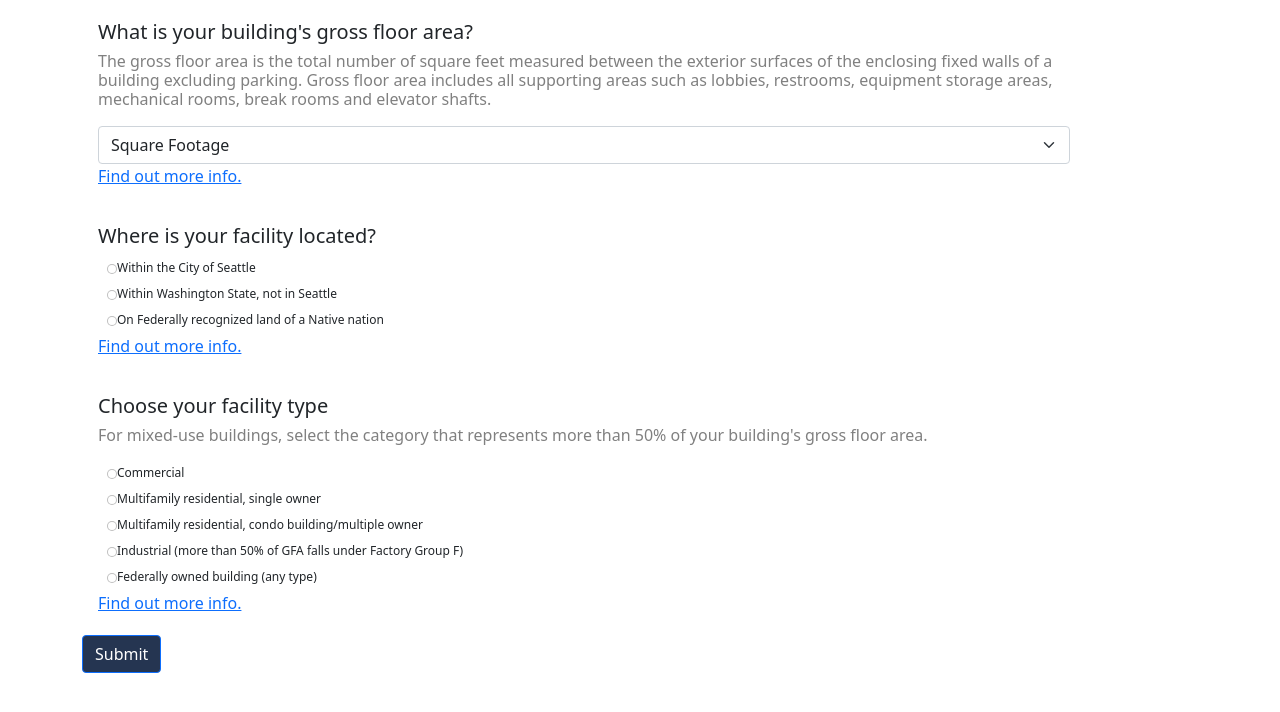
Repository: ChaidGPT/SershonSystemsQuiz
Page: index.html
The author's editor kept a copy of each file at every save. The page is drawn from the files as they stood at one save, then again after the next save.
The browser window is 1280 px wide. The pictures show the whole page.

Above is the page before, as saved 2023-07-08 09:18:47.

### index.html
<!DOCTYPE html>
<html>

<head>
	<meta charset="utf-8">
	<title>Quiz</title>
	<link rel="stylesheet" href="https://cdn.jsdelivr.net/npm/bootstrap@5.0.2/dist/css/bootstrap.min.css">
	<style>
	.card {
		width: 90%;
        border: none;
	}

	.card-column {
		display: flex;
		flex-direction: column;
		align-items: center;
		max-width: auto;
	}

    .btn {
        color: white;
        background-color: #253551;
    }

	.card-body p {
		font-size: 8;
		color: gray;
		line-height: 1.2;
	}

	.form-check-input[type="radio"] {
        font-size: 10px;
    }

    .form-check-label {
        font-size: 12px;
    }

	.form-check {
  display: flex;
  align-items: center;
}
	</style>
</head>

<body>
	<div class="container">
		<!-- Question 1 Card -->
		<div class="card mb-1 mt-1">
			<div class="card-body">
				<h5 class="card-title">What is your building's gross floor area?</h5>
				<p class="card-text">The gross floor area is the total number of square feet measured between the exterior surfaces of the enclosing fixed walls of a building excluding parking. Gross floor area includes all supporting areas such as lobbies, restrooms, equipment storage areas, mechanical rooms, break rooms and elevator shafts.</p>
				<div class="form-group">
					<select id="buildingSize" type="number" class="form-select">
						<option value="">Square Footage</option>
						<option value="under20k">less than 20k square feet</option>
						<option value="20kTo30k">20k - 30k square feet</option>
						<option value="30kTo50k">30k - 50k square feet</option>
						<option value="50kTo70k">50k - 70k square feet</option>
						<option value="70kTo90k">70k - 90k square feet</option>
						<option value="90kTo100k">90k - 100k square feet</option>
						<option value="100kTo200k">100k - 200k square feet</option>
						<option value="200kTo220k">200k - 220k square feet</option>
						<option value="over220k">over 220k square feet</option>
					</select>
				</div>
				<a href="" target="_blank">Find out more info.</a>
			</div>
		</div>
		<!-- Question 1 Card End -->

		<!-- Question 2 Card -->
		<div class="card mb-1">
			<div class="card-body">
				<h5 class="card-title">Where is your facility located?</h5>
				<div class="form-check">
					<input type="radio" id="seattle" name="buildingLocation" value="seattle" class="form-check-input">
					<label for="seattle" class="form-check-label">Within the City of Seattle</label>
				</div>
				<div class="form-check">
					<input type="radio" id="washington" name="buildingLocation" value="washington" class="form-check-input">
					<label for="washington" class="form-check-label">Within Washington State, not in Seattle</label>
				</div>
				<div class="form-check">
					<input type="radio" id="native" name="buildingLocation" value="native" class="form-check-input">
					<label for="native" class="form-check-label">On Federally recognized land of a Native nation</label>
				</div>
				<a href="" target="_blank">Find out more info.</a>
			</div>
		</div>
		<!-- Question 2 Card End -->

		<!-- Question 3 Card -->
		<div class="card mb-1">
			<div class="card-body">
				<h5 class="card-title">Choose your facility type</h5>
				<p class="card-text">For mixed-use buildings, select the category that represents more than 50% of your building's gross floor area.</p>
				<div class="form-group">
					<div class="form-check">
						<input type="radio" id="commercial" name="facilityType" value="commercial" class="form-check-input">
						<label for="commercial" class="form-check-label">Commercial</label>
					</div>
					<div class="form-check">
						<input type="radio" id="MFsingle" name="facilityType" value="MFsingle" class="form-check-input">
						<label for="MFsingle" class="form-check-label">Multifamily residential, single owner</label>
					</div>
					<div class="form-check">
						<input type="radio" id="MFmultiple" name="facilityType" value="MFmultiple" class="form-check-input">
						<label for="MFmultiple" class="form-check-label">Multifamily residential, condo building/multiple owner</label>
					</div>
					<div class="form-check">
						<input type="radio" id="industrial" name="facilityType" value="industrial" class="form-check-input">
						<label for="industrial" class="form-check-label">Industrial (more than 50% of GFA falls under Factory Group F)</label>
					</div>
					<div class="form-check">
						<input type="radio" id="federal" name="facilityType" value="federal" class="form-check-input">
						<label for="federal" class="form-check-label">Federally owned building (any type)</label>
					</div>
				</div>
				<a href="" target="_blank">Find out more info.</a>
			</div>
		</div>
		<!-- Question 3 Card End -->

		<button id="submitBtn" type="submit" class="btn btn-primary">Submit</button>
	</div>


	<script src="https://cdn.jsdelivr.net/npm/bootstrap@5.0.2/dist/js/bootstrap.bundle.min.js"></script>
	<script>

var messageTable = {
      'under20k-seattle-commercial': '9',
      'under20k-seattle-MFsingle': '9',
      'under20k-seattle-MFmultiple': '9',
      'under20k-seattle-industrial': '9',
      'under20k-seattle-federal': '9',
      'under20k-washington-commercial': '9',
      'under20k-washington-MFsingle': '9',
      'under20k-washington-MFmultiple': '9',
      'under20k-washington-industrial': '9',
      'under20k-washington-federal': '9',
      'under20k-native-commercial': '9',
      'under20k-native-MFsingle': '9',
      'under20k-native-MFmultiple': '9',
      'under20k-native-industrial': '9',
      'under20k-native-federal': '9',

      '20kTo30k-seattle-commercial': '8',
      '20kTo30k-seattle-MFsingle': '14',
      '20kTo30k-seattle-MFmultiple': '19',
      '20kTo30k-seattle-industrial': '9',
      '20kTo30k-seattle-federal': '9',
      '20kTo30k-washington-commercial': '23',
      '20kTo30k-washington-MFsingle': '23',
      '20kTo30k-washington-MFmultiple': '9',
      '20kTo30k-washington-industrial': '9',
      '20kTo30k-washington-federal': '9',
      '20kTo30k-native-commercial': '9',
      '20kTo30k-native-MFsingle': '9',
      '20kTo30k-native-MFmultiple': '9',
      '20kTo30k-native-industrial': '9',
      '20kTo30k-native-federal': '9',

      '30kTo50k-seattle-commercial': '7',
      '30kTo50k-seattle-MFsingle': '13',
      '30kTo50k-seattle-MFmultiple': '18',
      '30kTo50k-seattle-industrial': '9',
      '30kTo50k-seattle-federal': '9',
      '30kTo50k-washington-commercial': '23',
      '30kTo50k-washington-MFsingle': '23',
      '30kTo50k-washington-MFmultiple': '9',
      '30kTo50k-washington-industrial': '9',
      '30kTo50k-washington-federal': '9',
      '30kTo50k-native-commercial': '9',
      '30kTo50k-native-MFsingle': '9',
      '30kTo50k-native-MFmultiple': '9',
      '30kTo50k-native-industrial': '9',
      '30kTo50k-native-federal': '9',

      '50kTo70k-seattle-commercial': '6',
      '50kTo70k-seattle-MFsingle': '12',
      '50kTo70k-seattle-MFmultiple': '17',
      '50kTo70k-seattle-industrial': '9',
      '50kTo70k-seattle-federal': '9',
      '50kTo70k-washington-commercial': '22',
      '50kTo70k-washington-MFsingle': '23',
      '50kTo70k-washington-MFmultiple': '9',
      '50kTo70k-washington-industrial': '9',
      '50kTo70k-washington-federal': '9',
      '50kTo70k-native-commercial': '9',
      '50kTo70k-native-MFsingle': '9',
      '50kTo70k-native-MFmultiple': '9',
      '50kTo70k-native-industrial': '9',
      '50kTo70k-native-federal': '9',

      '70kTo90k-seattle-commercial': '5',
      '70kTo90k-seattle-MFsingle': '12',
      '70kTo90k-seattle-MFmultiple': '17',
      '70kTo90k-seattle-industrial': '9',
      '70kTo90k-seattle-federal': '9',
      '70kTo90k-washington-commercial': '22',
      '70kTo90k-washington-MFsingle': '23',
      '70kTo90k-washington-MFmultiple': '9',
      '70kTo90k-washington-industrial': '9',
      '70kTo90k-washington-federal': '9',
      '70kTo90k-native-commercial': '9',
      '70kTo90k-native-MFsingle': '9',
      '70kTo90k-native-MFmultiple': '9',
      '70kTo90k-native-industrial': '9',
      '70kTo90k-native-federal': '9',

      '90kTo100k-seattle-commercial': '4',
      '90kTo100k-seattle-MFsingle': '11',
      '90kTo100k-seattle-MFmultiple': '16',
      '90kTo100k-seattle-industrial': '9',
      '90kTo100k-seattle-federal': '9',
      '90kTo100k-washington-commercial': '21',
      '90kTo100k-washington-MFsingle': '23',
      '90kTo100k-washington-MFmultiple': '9',
      '90kTo100k-washington-industrial': '9',
      '90kTo100k-washington-federal': '9',
      '90kTo100k-native-commercial': '9',
      '90kTo100k-native-MFsingle': '9',
      '90kTo100k-native-MFmultiple': '9',
      '90kTo100k-native-industrial': '9',
      '90kTo100k-native-federal': '9',

      '100kTo200k-seattle-commercial': '3',
      '100kTo200k-seattle-MFsingle': '11',
      '100kTo200k-seattle-MFmultiple': '16',
      '100kTo200k-seattle-industrial': '9',
      '100kTo200k-seattle-federal': '9',
      '100kTo200k-washington-commercial': '21',
      '100kTo200k-washington-MFsingle': '23',
      '100kTo200k-washington-MFmultiple': '9',
      '100kTo200k-washington-industrial': '9',
      '100kTo200k-washington-federal': '9',
      '100kTo200k-native-commercial': '9',
      '100kTo200k-native-MFsingle': '9',
      '100kTo200k-native-MFmultiple': '9',
      '100kTo200k-native-industrial': '9',
      '100kTo200k-native-federal': '9',

      '200kTo220k-seattle-commercial': '2',
      '200kTo220k-seattle-MFsingle': '11',
      '200kTo220k-seattle-MFmultiple': '16',
      '200kTo220k-seattle-industrial': '9',
      '200kTo220k-seattle-federal': '9',
      '200kTo220k-washington-commercial': '21',
      '200kTo220k-washington-MFsingle': '23',
      '200kTo220k-washington-MFmultiple': '9',
      '200kTo220k-washington-industrial': '9',
      '200kTo220k-washington-federal': '9',
      '200kTo220k-native-commercial': '9',
      '200kTo220k-native-MFsingle': '9',
      '200kTo220k-native-MFmultiple': '9',
      '200kTo220k-native-industrial': '9',
      '200kTo220k-native-federal': '9',

      'over220k-seattle-commercial': '1',
      'over220k-seattle-MFsingle': '10',
      'over220k-seattle-MFmultiple': '5',
      'over220k-seattle-industrial': '9',
      'over220k-seattle-federal': '9',
      'over220k-washington-commercial': '20',
      'over220k-washington-MFsingle': '23',
      'over220k-washington-MFmultiple': '9',
      'over220k-washington-industrial': '9',
      'over220k-washington-federal': '9',
      'over220k-native-commercial': '9',
      'over220k-native-MFsingle': '9',
      'over220k-native-MFmultiple': '9',
      'over220k-native-industrial': '9',
      'over220k-native-federal': '9'
    };

		document.querySelector("#submitBtn").addEventListener("click", function(event) {
  		event.preventDefault(); // Prevents the default form submission behavior

  		var DD = document.querySelector('#buildingSize').value;
		var R1 = document.querySelector('input[name="buildingLocation"]:checked').value;
		var R2 = document.querySelector('input[name="facilityType"]:checked').value;

		var combination = DD + '-' + R1 + '-' + R2;

    // Retrieve the message from the message table using the combination key
    	var message = messageTable[combination] || 'Default message';

    // Show the alert with the corresponding message
    	alert(message);
});



	</script>

</body>

</html>

After the next save:
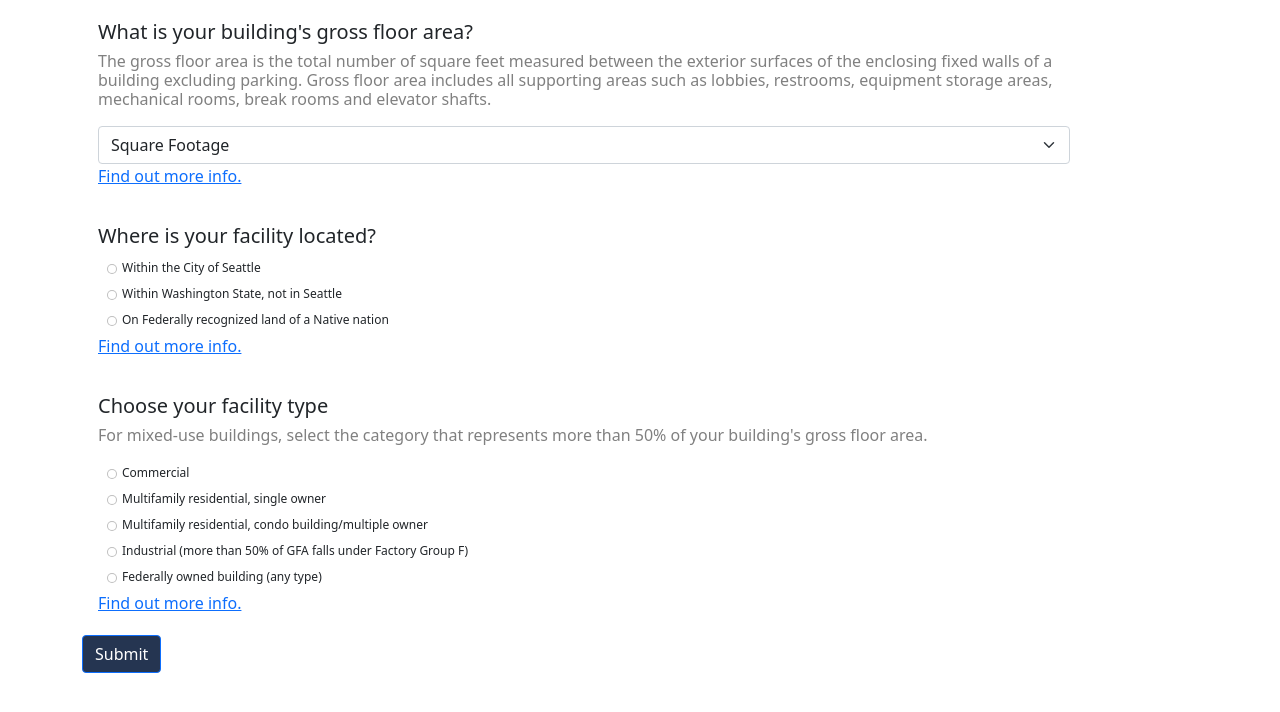
Saved 99 s later.
--- a/index.html
+++ b/index.html
@@ -31,6 +31,7 @@
 
 	.form-check-input[type="radio"] {
         font-size: 10px;
+		margin-right: 5px;
     }
 
     .form-check-label {
